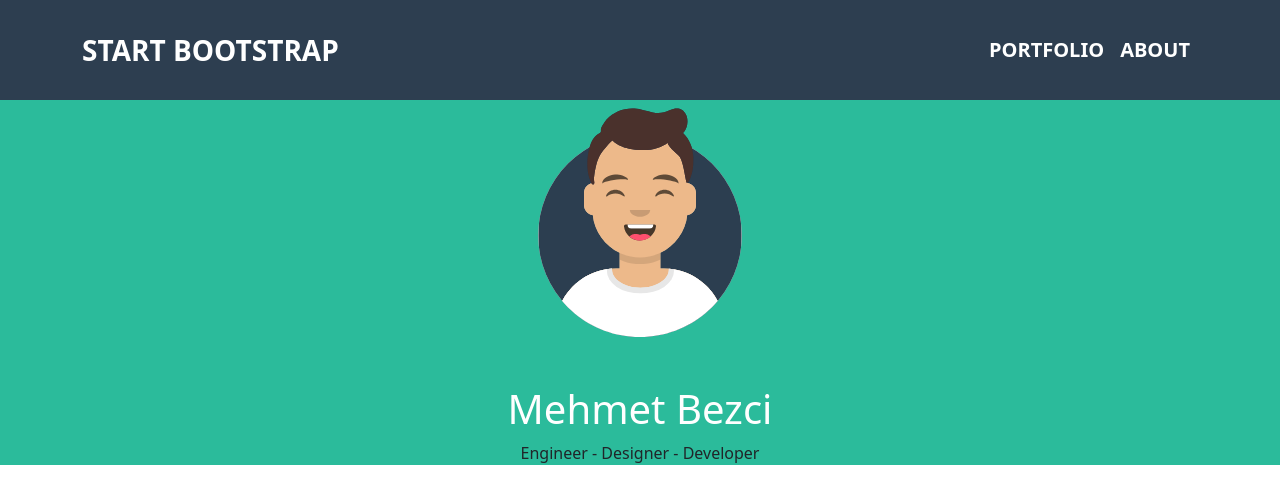
Repository: 7JaxeN7/WT-1255P-Mehmet_BEZC-
Page: index.html
The author's editor kept a copy of each file at every save. The page is drawn from the files as they stood at one save, then again after the next save.
The browser window is 1280 px wide. The pictures show the whole page.

Above is the page before, as saved 2025-01-06 21:09:00.

After the next save:
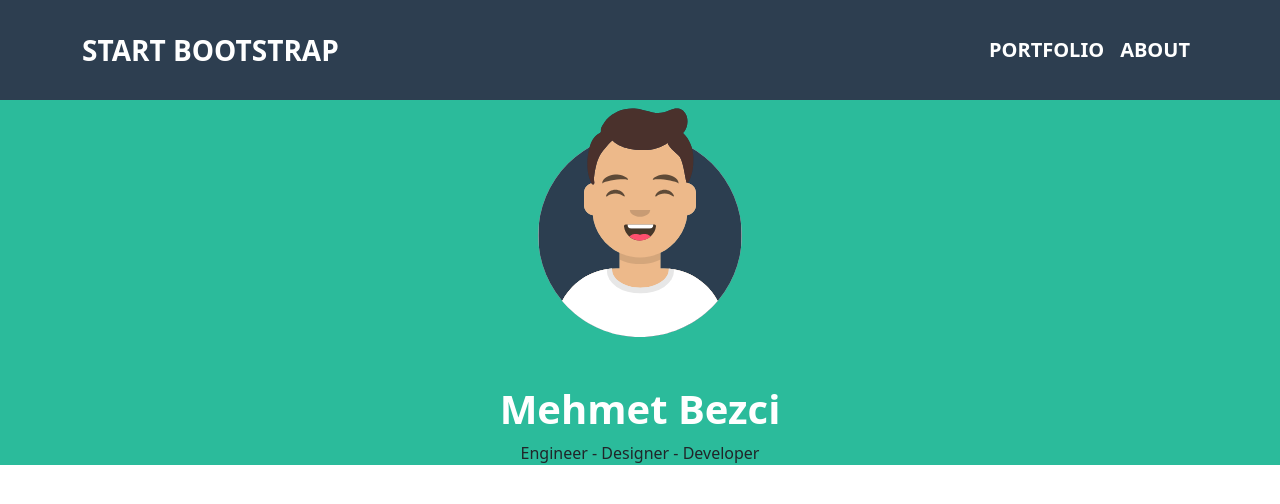
Saved 19 s later.
--- a/index.html
+++ b/index.html
@@ -37,7 +37,7 @@
    <div class="herosection-bg">
     <div class="container text-center">
       <img src="/assets/img/avataaars.svg" width="20%"/>
-    <h1 class="mt-5 text-white">Mehmet Bezci</h1>
+    <h1 class="mt-5 text-white fw-bolder">Mehmet Bezci</h1>
     <p>Engineer - Designer - Developer</p>
     </div>
    </div>
